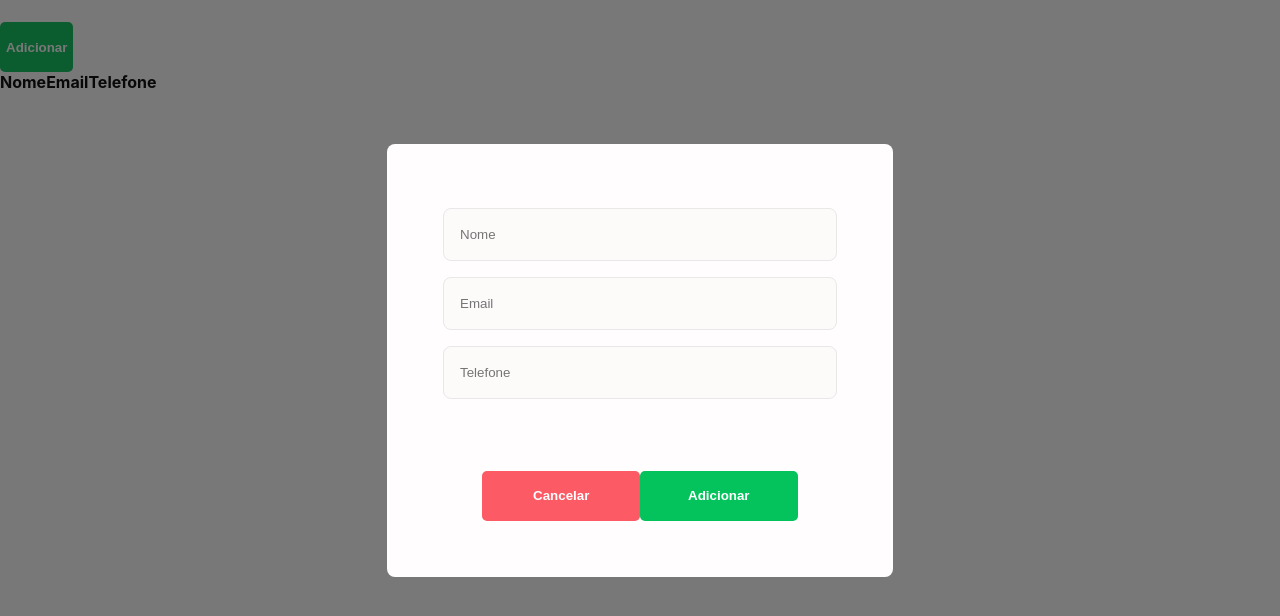
Repository: Henry-Loiola/agenda-contatos
Page: /, after clicking the first element matching `button.btn`
An editor plug-in stored every save of this project. The page is shown before and after the next save, followed by the edit.
The browser window is 1280 px wide. The pictures show the whole page.
The project was rebuilt for these pictures with package versions that can differ from the ones it lists, and the page was loaded fresh each time.

Above is the page before, as saved 2024-08-19 20:08:21.

After the next save:
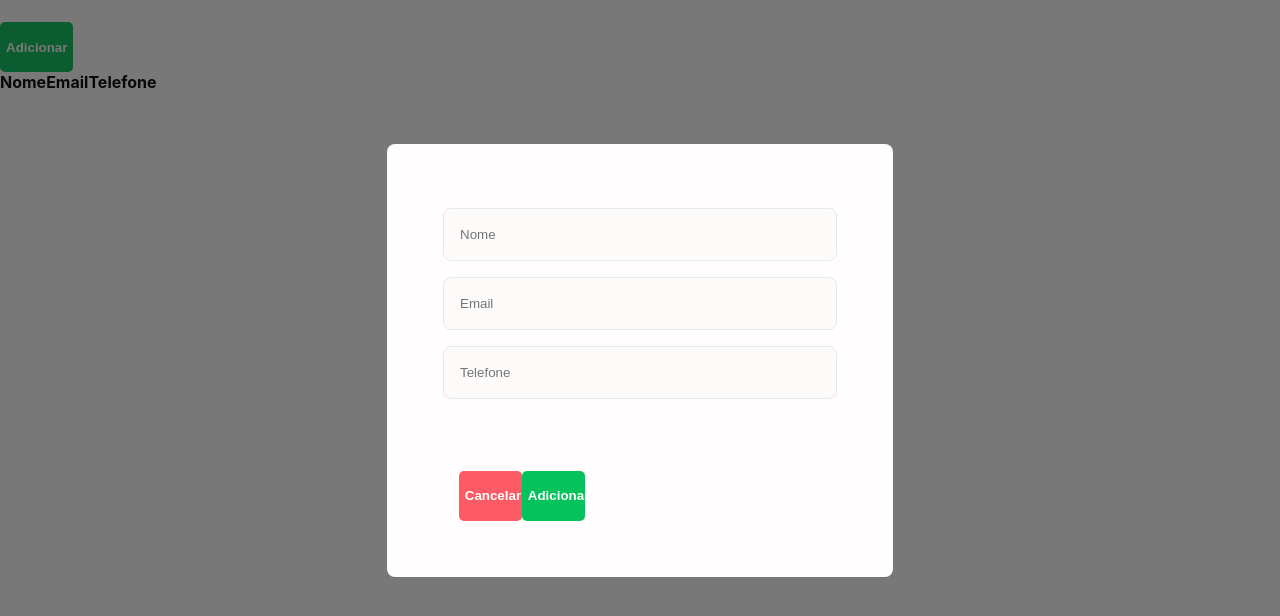
Saved 4 s later.
--- a/src/components/ModalAddEdit/styles.css
+++ b/src/components/ModalAddEdit/styles.css
@@ -21,7 +21,7 @@
     cursor: pointer;
   }
 
-  .buttons-confirm button {
+  .buttons-confirm {
     justify-content: space-between;
     width: 40%;
   }
